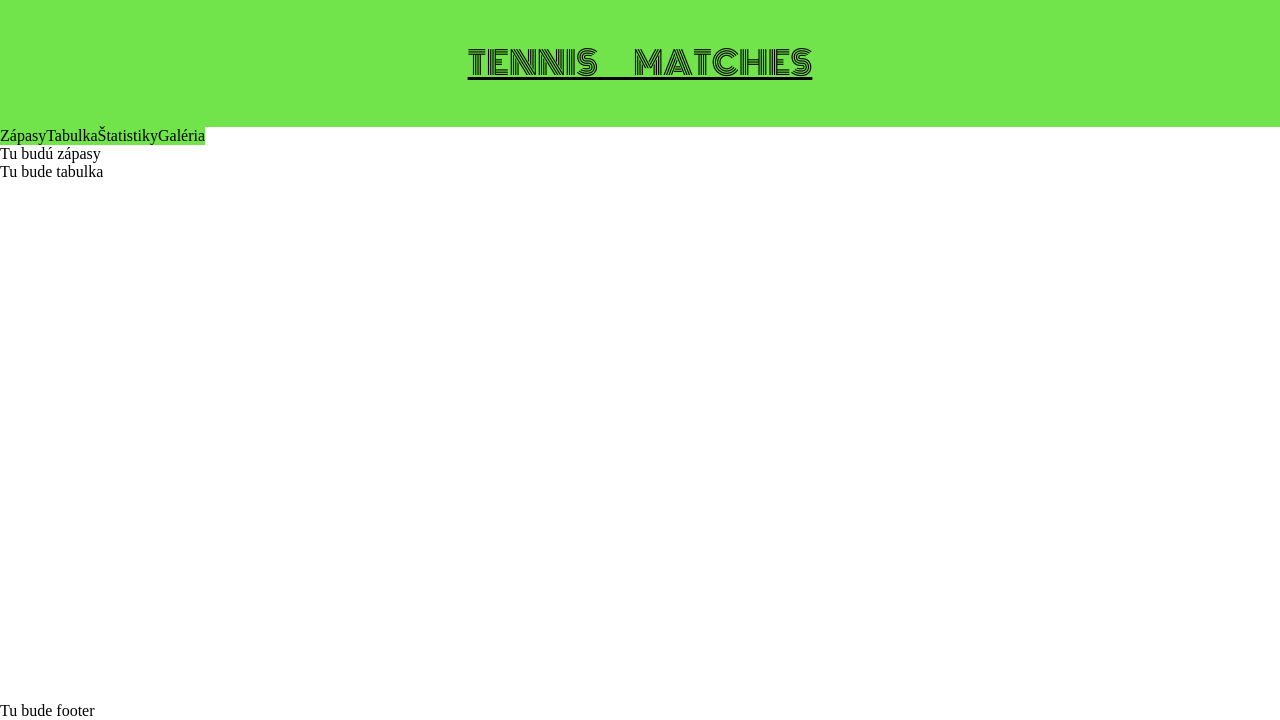
Repository: Badynko/tenis-app
Page: /
The author's editor kept a copy of each file at every save. The page is drawn from the files as they stood at one save, then again after the next save.
The browser window is 1280 px wide. The pictures show the whole page.
The project was rebuilt for these pictures with package versions that can differ from the ones it lists, and the page was loaded fresh each time.

Above is the page before, as saved 2024-07-10 15:33:23.

### src/index.css
@import url("https://fonts.googleapis.com/css2?family=Monoton&family=Quicksand:wght@500;700&display=swap");

* {
  margin: 0;
  padding: 0;
  box-sizing: border-box;
}

.app {
  width: 100%;
  height: 100vh;
  display: grid;
  grid-template-rows: auto auto 1fr auto;
}

h1 {
  text-decoration: underline;
  word-spacing: 2rem;
  text-align: center;
  background-color: #70e44a;
  font-family: "Monoton";
  font-size: 2rem;
  text-transform: uppercase;
  font-weight: 400;
  padding: 2.4rem 0;
}

.menu {
  text-decoration: none;
  display: inline-block;
  text-align: center;
  background-color: #70e44a;
  font-size: 1rem;
  font-weight: 400;
}

li {
  list-style-type: none;

  display: inline-block;
}

### src/App.js
export default function App() {
  return (
    <div className="app">
      <Header />
      <Matches />
      <Table />
      <Stats />
    </div>
  );
}

function Header() {
  return (
    <div className="header">
      <h1>Tennis Matches</h1>
      <nav>
        <ul className="menu">
          <li>Zápasy</li>
          <li>Tabulka</li>
          <li>Štatistiky</li>
          <li>Galéria</li>
        </ul>
      </nav>
    </div>
  );
}

function Matches() {
  return (
    <div>
      <p>Tu budú zápasy</p>
    </div>
  );
}

function Table() {
  return (
    <div>
      <p>Tu bude tabulka</p>
    </div>
  );
}

function Stats() {
  return (
    <footer className="stats">
      <p>Tu bude footer</p>
    </footer>
  );
}

Loaded but not shown: public/index.html (common file); src/index.js (common file)

After the next save:
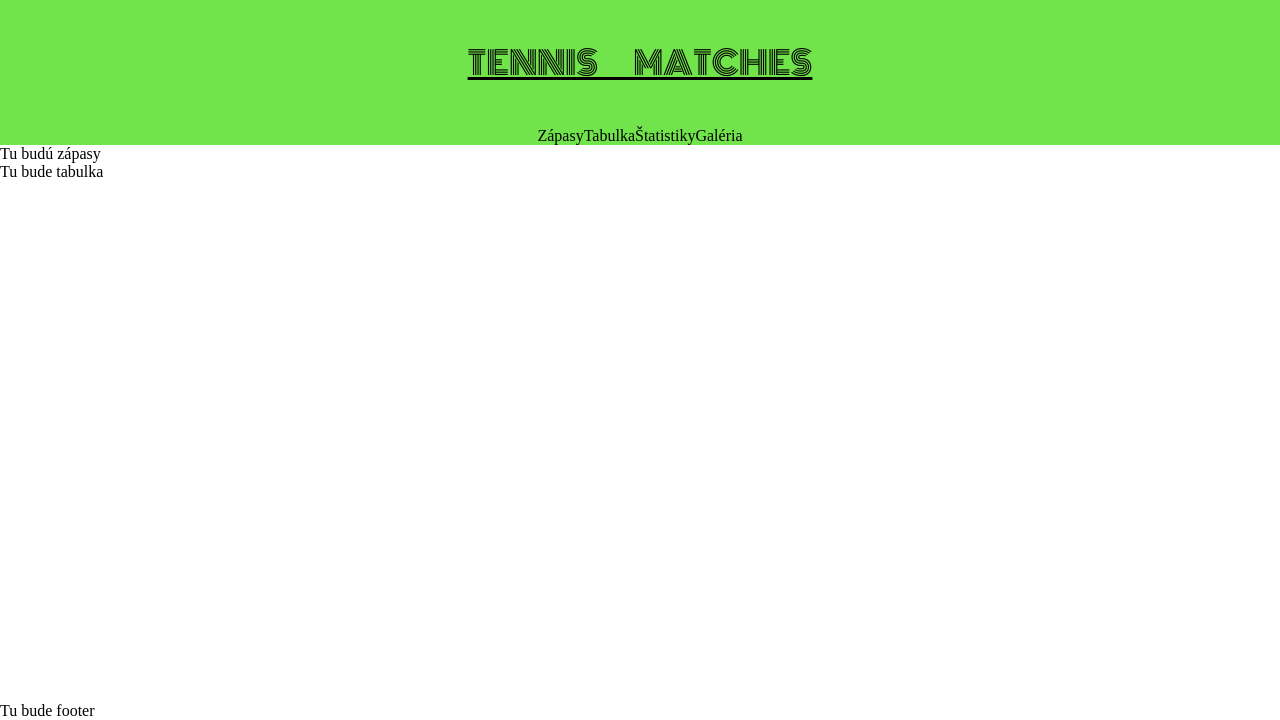
Saved 5 s later.
--- a/src/index.css
+++ b/src/index.css
@@ -27,7 +27,6 @@ h1 {
 
 .menu {
   text-decoration: none;
-  display: inline-block;
   text-align: center;
   background-color: #70e44a;
   font-size: 1rem;
